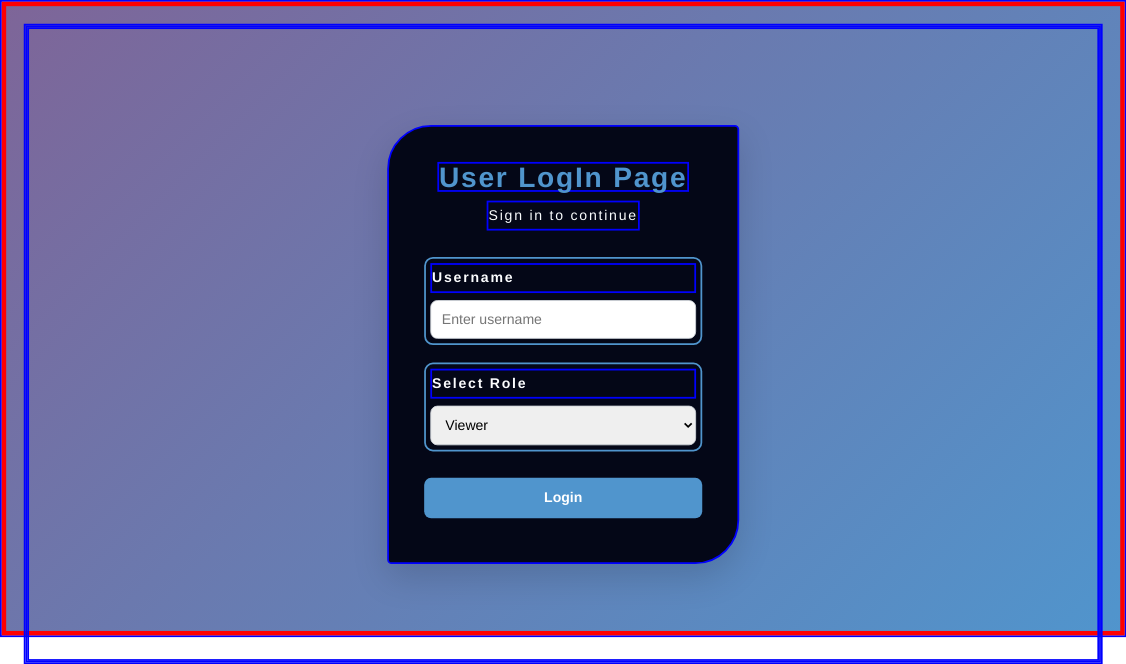
Repository: SolomonChinonso/myUserDashboard
Page: /dashboard (app in my-user-dashboard-app/)
These files come from the project's save history. The page is drawn as it stood at one moment and after a run of saves; the edit follows.
The browser window is 1280 px wide. The pictures show the whole page, at 88% of full size.
The project was rebuilt for these pictures with package versions that can differ from the ones it lists, and the page was loaded fresh each time. Also part of the build but not shown: my-user-dashboard-app/vite.config.ts, my-user-dashboard-app/src/App.css, my-user-dashboard-app/src/pages/global.css, my-user-dashboard-app/src/pages/Dashboard.tsx, my-user-dashboard-app/src/pages/Profile.tsx, my-user-dashboard-app/src/pages/Settings.tsx, my-user-dashboard-app/src/components/Navbar.tsx.

Above is the page before, as saved 2026-05-31 14:31:15.

After the next 3 saves:
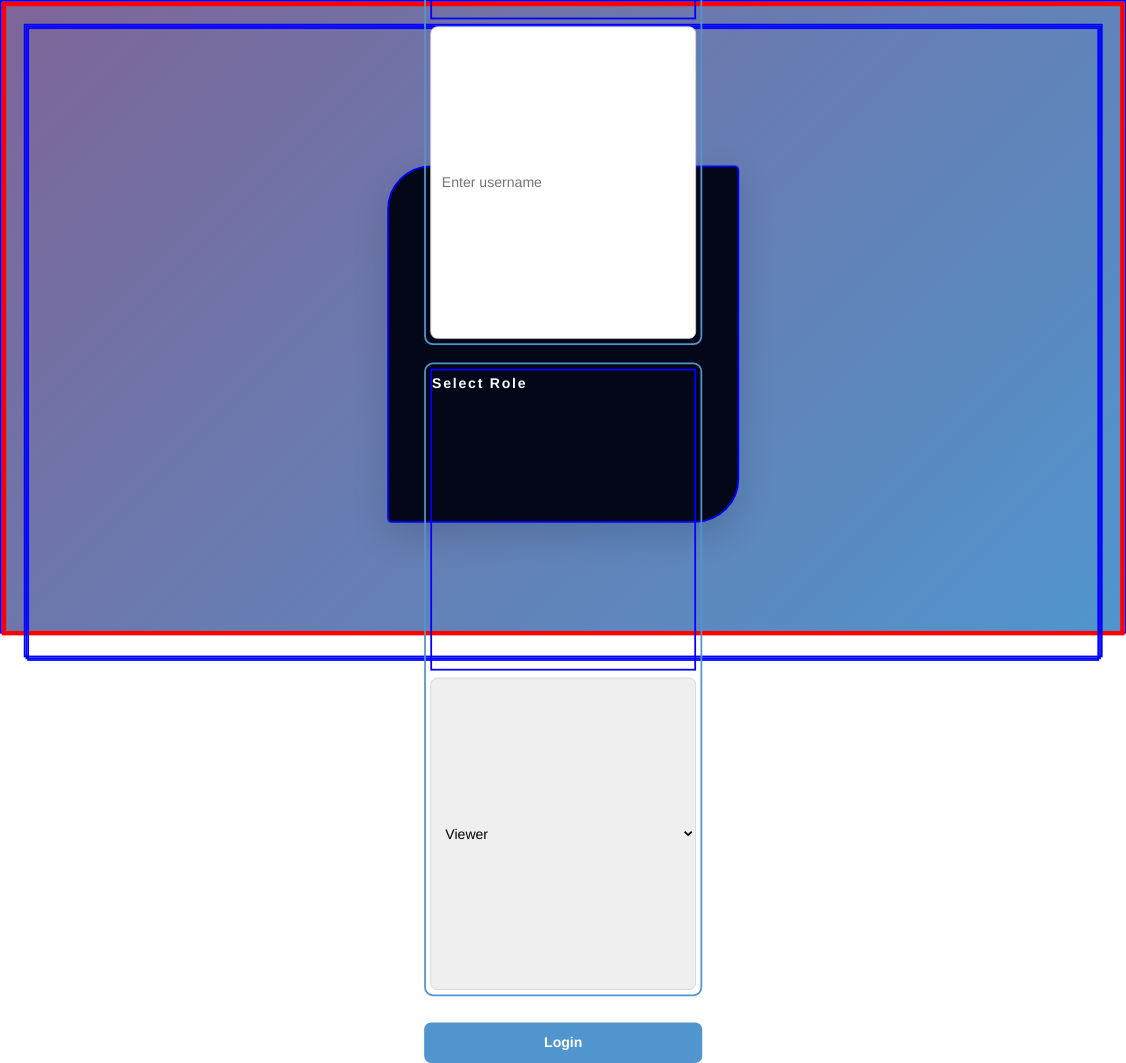
The 3 saves are shown as one change because they came seconds apart.
The last was saved 26 s later.
--- a/my-user-dashboard-app/src/index.css
+++ b/my-user-dashboard-app/src/index.css
@@ -4,6 +4,7 @@
     font-family: 'Franklin Gothic Medium', 'Arial Narrow', Arial, sans-serif;
     box-sizing: border-box;
     border: 2px solid blue;
+    height: 100vh;
 }
 body{
    height: 100vh;

After the save that followed:
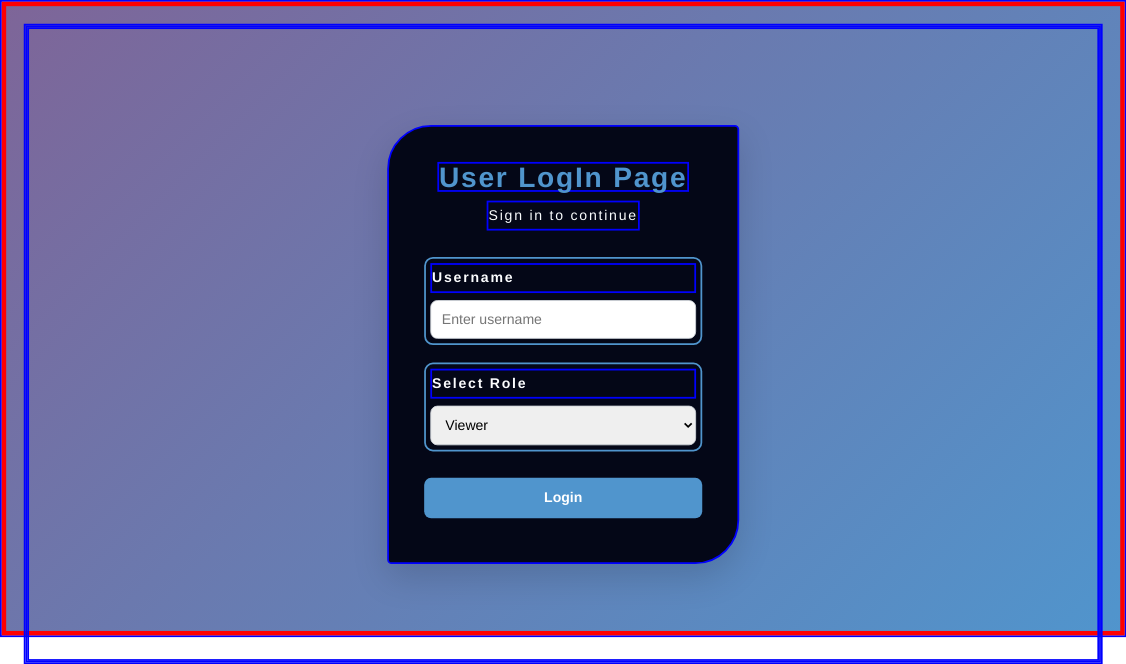
Saved 13 s later.
--- a/my-user-dashboard-app/src/index.css
+++ b/my-user-dashboard-app/src/index.css
@@ -4,7 +4,7 @@
     font-family: 'Franklin Gothic Medium', 'Arial Narrow', Arial, sans-serif;
     box-sizing: border-box;
     border: 2px solid blue;
-    height: 100vh;
+
 }
 body{
    height: 100vh;
